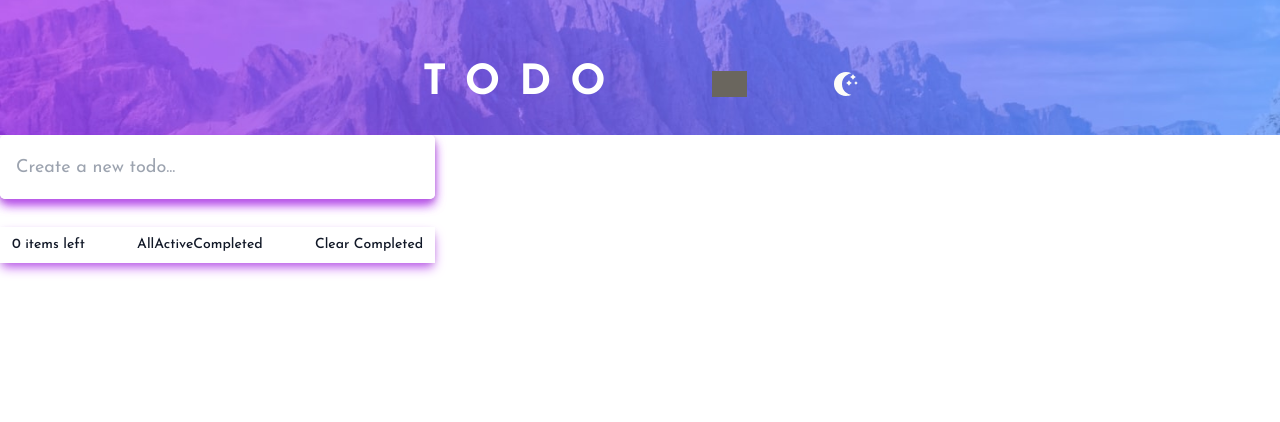
Repository: ikram-lisa/todo-list
Page: /
The author's editor kept a copy of each file at every save. The page is drawn from the files as they stood at one save, then again after the next save.
The browser window is 1280 px wide. The pictures show the whole page.
Pictures or frames that could not be fetched are drawn as grey boxes. The project was rebuilt for these pictures with package versions that can differ from the ones it lists, and the page was loaded fresh each time. Also part of the build but not shown: vite.config.js.

Above is the page before, as saved 2024-05-15 09:09:29.

After the next save:
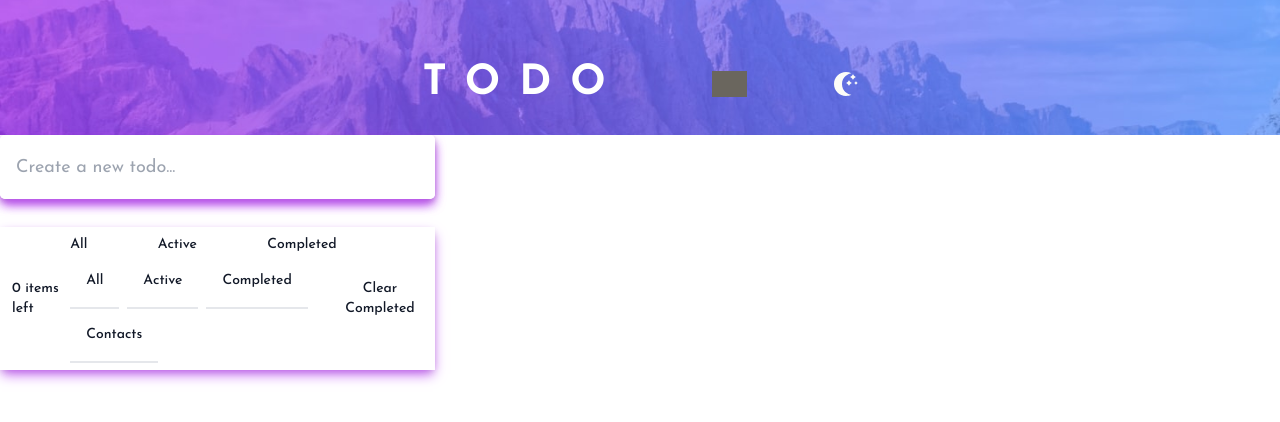
Saved 2 min 42 s later.
--- a/src/components/TabBar.jsx
+++ b/src/components/TabBar.jsx
@@ -1,10 +1,71 @@
 const Tab = () => {
   return (
     <>
-      <ul className="flex justify-between items-center">
+      <ul className="tab flex justify-between items-center">
         <li>All</li>
         <li>Active</li>
         <li>Completed</li>
+      </ul>
+      <ul
+        className="flex flex-wrap -mb-px text-sm font-medium text-center"
+        id="default-styled-tab"
+        data-tabs-toggle="#default-styled-tab-content"
+        data-tabs-active-classes="text-purple-600 hover:text-purple-600 dark:text-purple-500 dark:hover:text-purple-500 border-purple-600 dark:border-purple-500"
+        data-tabs-inactive-classes="dark:border-transparent text-gray-500 hover:text-gray-600 dark:text-gray-400 border-gray-100 hover:border-gray-300 dark:border-gray-700 dark:hover:text-gray-300"
+        role="tablist"
+      >
+        <li className="me-2" role="presentation">
+          <button
+            className="inline-block p-4 border-b-2 rounded-t-lg"
+            id="profile-styled-tab"
+            data-tabs-target="#styled-profile"
+            type="button"
+            role="tab"
+            aria-controls="profile"
+            aria-selected="false"
+          >
+            All
+          </button>
+        </li>
+        <li className="me-2" role="presentation">
+          <button
+            className="inline-block p-4 border-b-2 rounded-t-lg hover:text-gray-600 hover:border-gray-300 dark:hover:text-gray-300"
+            id="dashboard-styled-tab"
+            data-tabs-target="#styled-dashboard"
+            type="button"
+            role="tab"
+            aria-controls="dashboard"
+            aria-selected="false"
+          >
+            Active
+          </button>
+        </li>
+        <li className="me-2" role="presentation">
+          <button
+            className="inline-block p-4 border-b-2 rounded-t-lg hover:text-gray-600 hover:border-gray-300 dark:hover:text-gray-300"
+            id="settings-styled-tab"
+            data-tabs-target="#styled-settings"
+            type="button"
+            role="tab"
+            aria-controls="settings"
+            aria-selected="false"
+          >
+            Completed
+          </button>
+        </li>
+        <li role="presentation">
+          <button
+            className="inline-block p-4 border-b-2 rounded-t-lg hover:text-gray-600 hover:border-gray-300 dark:hover:text-gray-300"
+            id="contacts-styled-tab"
+            data-tabs-target="#styled-contacts"
+            type="button"
+            role="tab"
+            aria-controls="contacts"
+            aria-selected="false"
+          >
+            Contacts
+          </button>
+        </li>
       </ul>
     </>
   );
